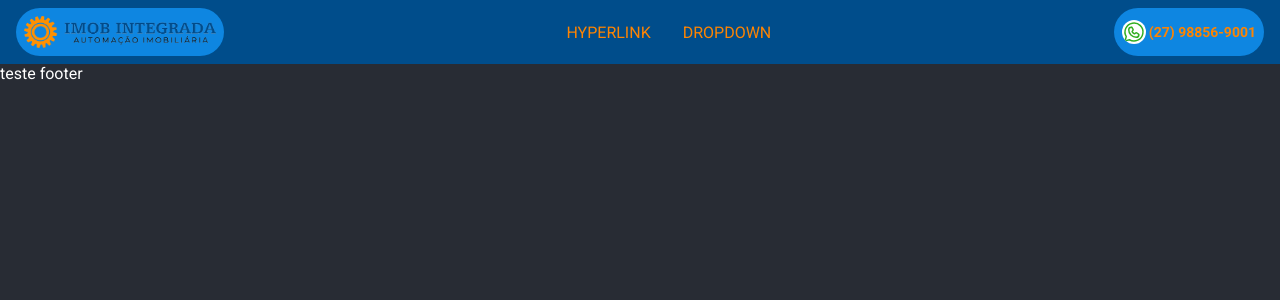
Repository: K0slov/testeAPI
Page: /
The author's editor kept a copy of each file at every save. The page is drawn from the files as they stood at one save, then again after the next save.
The browser window is 1280 px wide. The pictures show the whole page.
The project was rebuilt for these pictures with package versions that can differ from the ones it lists, and the page was loaded fresh each time. Also part of the build but not shown: vite.config.ts.

Above is the page before, as saved 2022-06-27 16:41:11.

After the next save:
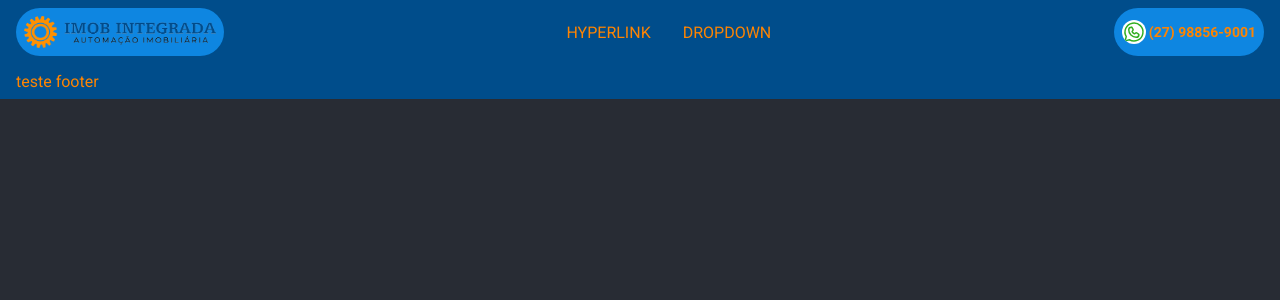
Saved 27 s later.
--- a/src/components/Footer/footer.tsx
+++ b/src/components/Footer/footer.tsx
@@ -1,3 +1,6 @@
+import './style.modeule.css'
+import image from '../../assets/logoLaranja.png'
+
 export function Footer() {
     return (
         <footer> teste footer </footer>
